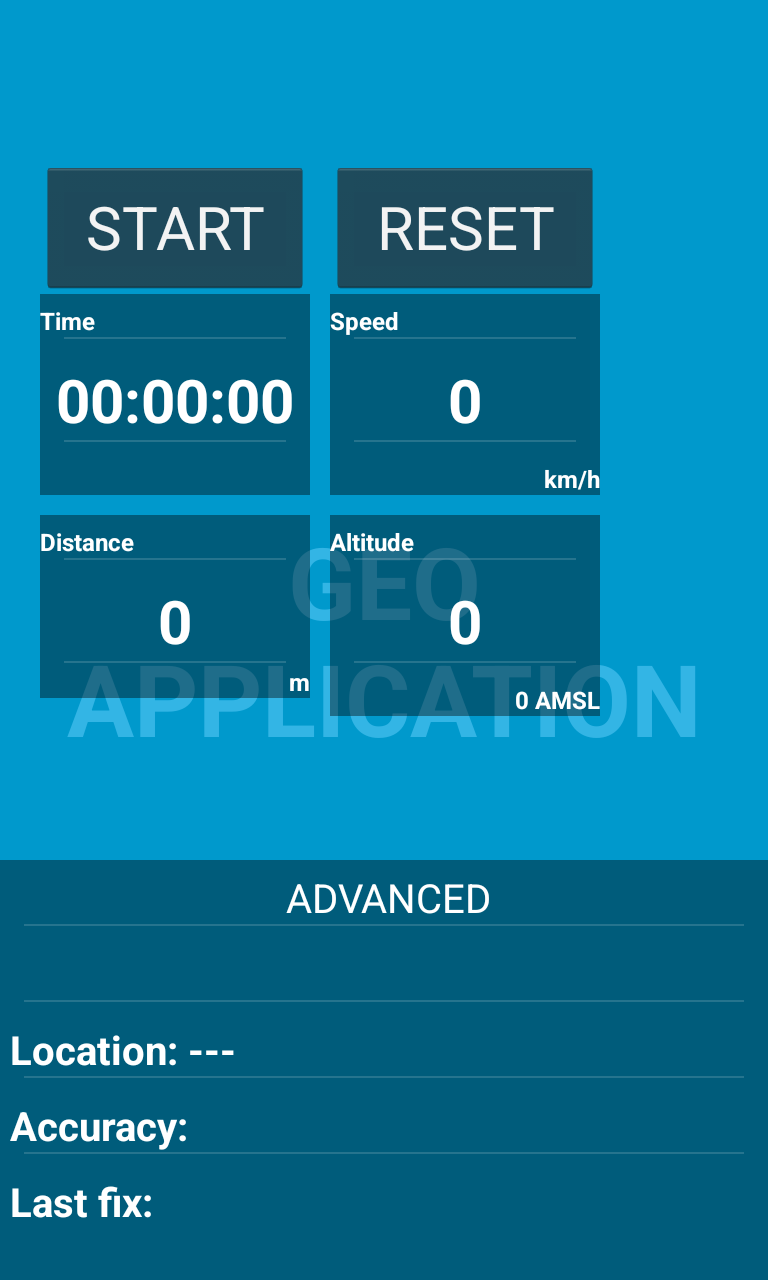
Repository: sebastianR1001/GeoApplication
Layout: GeoApplication/res/layout/activity_fullscreen.xml
The author's editor kept a copy of each file at every save. The layout is drawn from the files as they stood at one save, then again after the next save.
It is drawn on a 768 x 1280 px phone screen (xhdpi) without system bars, with theme FullscreenTheme; the app's code is not run.

Above is the layout before, as saved 2014-10-24 18:44:46.

### GeoApplication/res/layout/activity_fullscreen.xml
<FrameLayout xmlns:android="http://schemas.android.com/apk/res/android"
    xmlns:tools="http://schemas.android.com/tools"
    android:layout_width="match_parent"
    android:layout_height="match_parent"
    android:background="#0099cc"
    tools:context="geo.geoapplication.FullscreenActivity" >

    <!--
         The primary full-screen view. This can be replaced with whatever view
         is needed to present your content, e.g. VideoView, SurfaceView,
         TextureView, etc.
    -->

    <TextView
        android:id="@+id/fullscreen_content"
        android:layout_width="match_parent"
        android:layout_height="match_parent"
        android:gravity="center"
        android:keepScreenOn="true"
        android:text="@string/geo_application"
        android:textColor="#33b5e5"
        android:textSize="50sp"
        android:textStyle="bold" />

     <TableLayout
        android:layout_width="wrap_content"
        android:layout_height="wrap_content"
        android:layout_marginTop="80dp"
        android:layout_marginLeft="10dp"
        android:layout_marginRight="10dp"  >

         <TableRow
            android:id="@+id/tableRow0"
            android:layout_width="wrap_content"
            android:layout_height="wrap_content"
            >

            <Button
		        android:id="@+id/startButton"
		        android:layout_width="135dp"
		        android:layout_height="67dp"
		        android:layout_marginLeft="10dp"
		        android:textSize="30sp"
		        android:text="@string/startButton" />

		     <Button
		        android:id="@+id/resetButton"
		        android:layout_width="135dp"
		        android:layout_height="67dp"
		        android:layout_marginRight="10dp"
		        android:layout_marginLeft="10dp"
		        android:textSize="30sp"
		        android:text="@string/resetButton" />

        </TableRow>

        <TableRow
            android:id="@+id/tableRow1"
            android:layout_width="wrap_content"
            android:layout_height="wrap_content"
            >

            <LinearLayout
		        android:id="@+id/timeLayout"
		        style="?metaButtonBarStyle"
		        android:layout_width="wrap_content"
		        android:layout_height="wrap_content"
		        android:layout_weight="5"
		        android:layout_marginLeft="10dp"
		        android:background="@color/black_overlay"
		        android:orientation="vertical"
		        tools:ignore="UselessParent" >

			    <TextView
			        android:layout_width="match_parent"
			        android:layout_height="match_parent"
			        android:layout_marginTop="5dp"
			        android:text="@string/timeText"
			        android:id="@+id/timeText"
			        android:textColor="#ffffff"
			        android:textSize="12sp"
			        android:textStyle="bold" />

			    <TextView
			        android:layout_width="match_parent"
			        android:layout_height="match_parent"
			        android:text="@string/time"
			        android:id="@+id/time"
			        android:layout_marginTop="10dp"
			        android:gravity="center"
			        android:textColor="#ffffff"
			        android:textSize="30sp"
			        android:textStyle="bold" />

			    <TextView
			        android:layout_width="match_parent"
			        android:layout_height="match_parent"
			        android:layout_marginTop="10dp"
			        android:textColor="#ffffff"
			        android:textSize="12sp"
			        android:textStyle="bold" />

	        </LinearLayout>

			<LinearLayout
		        android:id="@+id/speedLayout"
		        style="?metaButtonBarStyle"
		        android:layout_width="wrap_content"
		        android:layout_height="wrap_content"
		        android:layout_weight="5"
		        android:layout_marginRight="10dp"
		        android:layout_marginLeft="10dp"
		        android:background="@color/black_overlay"
		        android:orientation="vertical"
		        tools:ignore="UselessParent" >

			    <TextView
			        android:layout_width="match_parent"
			        android:layout_height="match_parent"
			        android:layout_marginTop="5dp"
			        android:text="@string/speedText"
			        android:id="@+id/speedText"
			        android:textColor="#ffffff"
			        android:textSize="12sp"
			        android:textStyle="bold" />

			    <TextView
			        android:layout_width="match_parent"
			        android:layout_height="match_parent"
			        android:text="@string/speed"
			        android:id="@+id/speed"
			        android:layout_marginTop="10dp"
			        android:gravity="center"
			        android:textColor="#ffffff"
			        android:textSize="30sp"
			        android:textStyle="bold" />

			    <TextView
			        android:layout_width="match_parent"
			        android:layout_height="match_parent"
			        android:layout_marginTop="10dp"
			        android:text="@string/speedUnit"
			        android:id="@+id/speedUnit"
			        android:textColor="#ffffff"
			        android:textSize="12sp"
			        android:gravity="right"
			        android:textStyle="bold" />

	        </LinearLayout>

        </TableRow>

        <TableRow
            android:id="@+id/tableRow4"
            android:layout_width="wrap_content"
            android:layout_height="wrap_content"
            android:layout_marginTop="10dp"
            >

            <LinearLayout
		        android:id="@+id/distanceLayout"
		        style="?metaButtonBarStyle"
		        android:layout_width="wrap_content"
		        android:layout_height="wrap_content"
		        android:layout_weight="5"
		        android:layout_marginLeft="10dp"
		        android:background="@color/black_overlay"
		        android:orientation="vertical"
		        tools:ignore="UselessParent" >

			    <TextView
			        android:layout_width="match_parent"
			        android:layout_height="match_parent"
			        android:layout_marginTop="5dp"
			        android:text="@string/distanceText"
			        android:id="@+id/distanceText"
			        android:textColor="#ffffff"
			        android:textSize="12sp"
			        android:textStyle="bold" />

			    <TextView
			        android:layout_width="match_parent"
			        android:layout_height="match_parent"
			        android:text="@string/distance"
			        android:id="@+id/distance"
			        android:layout_marginTop="10dp"
			        android:gravity="center"
			        android:textColor="#ffffff"
			        android:textSize="30sp"
			        android:textStyle="bold" />

			    <TextView
			        android:layout_width="match_parent"
			        android:layout_height="match_parent"
			        android:layout_marginTop="1dp"
			        android:text="@string/distanceUnit"
			        android:id="@+id/distanceUnit"
			        android:textColor="#ffffff"
			        android:gravity="right"
			        android:textSize="12sp"
			        android:textStyle="bold" />

	        </LinearLayout>

			<LinearLayout
		        android:id="@+id/elevationLayout"
		        style="?metaButtonBarStyle"
		        android:layout_width="wrap_content"
		        android:layout_height="wrap_content"
		        android:layout_weight="5"
		        android:layout_marginRight="10dp"
		        android:layout_marginLeft="10dp"
		        android:background="@color/black_overlay"
		        android:orientation="vertical"
		        tools:ignore="UselessParent" >

			    <TextView
			        android:layout_width="match_parent"
			        android:layout_height="match_parent"
			        android:layout_marginTop="5dp"
			        android:text="@string/altitudeText"
			        android:id="@+id/altitudeText"
			        android:textColor="#ffffff"
			        android:textSize="12sp"
			        android:textStyle="bold" />

			    <TextView
			        android:layout_width="match_parent"
			        android:layout_height="match_parent"
			        android:text="@string/altitude"
			        android:id="@+id/altitude"
			        android:layout_marginTop="10dp"
			        android:gravity="center"
			        android:textColor="#ffffff"
			        android:textSize="30sp"
			        android:textStyle="bold" />

			    <TextView
			        android:layout_width="match_parent"
			        android:layout_height="match_parent"
			        android:layout_marginTop="10dp"
			        android:text="@string/altitudeUnit"
			        android:id="@+id/altitudeUnit"
			        android:textColor="#ffffff"
			        android:gravity="right"
			        android:textSize="12sp"
			        android:textStyle="bold" />

	        </LinearLayout>

        </TableRow>

    </TableLayout>

	   <LinearLayout
	        android:id="@+id/advanced"
	        style="?metaButtonBarStyle"
	        android:layout_width="match_parent"
	        android:layout_height="210dp"
	        android:layout_gravity="bottom|center_horizontal"
	        android:background="@color/black_overlay"
	        android:orientation="vertical"
	        tools:ignore="UselessParent" >

	       <TextView
		        android:id="@+id/advancedInformation"
		        android:layout_width="wrap_content"
                android:layout_height="wrap_content"
                android:text="@string/advancedText"
		        android:paddingTop="5dp"
		        android:paddingLeft="5dp"
		        android:layout_gravity="top|center_horizontal"
		        android:textColor="#ffffff"
		        android:textSize="20sp" />

	       <TextView
		        android:id="@+id/gpsInformation"
		        android:layout_width="wrap_content"
                android:layout_height="wrap_content"
		        android:paddingTop="10dp"
		        android:paddingLeft="5dp"
		        android:textColor="#ffffff"
		        android:textSize="20sp" />

		    <TextView
		        android:id="@+id/viewLocation"
		        android:layout_width="wrap_content"
		        android:layout_height="wrap_content"
		        android:paddingTop="10dp"
		        android:paddingLeft="5dp"
		        android:keepScreenOn="true"
		        android:text="@string/location"
		        android:textColor="#ffffff"
		        android:textSize="20sp"
		        android:textStyle="bold" />

	        <TextView
		        android:layout_width="wrap_content"
                android:layout_height="wrap_content"
		        android:paddingTop="10dp"
		        android:paddingLeft="5dp"
		        android:text="@string/accuracy"
		        android:id="@+id/accuracy"
		        android:textColor="#ffffff"
		        android:textSize="20sp"
		        android:textStyle="bold" />

	        <TextView
		        android:layout_width="wrap_content"
                android:layout_height="wrap_content"
		        android:paddingTop="10dp"
		        android:paddingLeft="5dp"
		        android:text="@string/last_fix"
		        android:id="@+id/lastFix"
		        android:textColor="#ffffff"
		        android:textSize="20sp"
		        android:textStyle="bold" />

        </LinearLayout>


    <FrameLayout
        android:layout_width="match_parent"
        android:layout_height="match_parent"
        android:fitsSystemWindows="true" >

        <LinearLayout
            android:id="@+id/fullscreen_content_controls"
            style="?metaButtonBarStyle"
            android:layout_width="match_parent"
            android:layout_height="wrap_content"
            android:layout_gravity="bottom|center_horizontal"
            android:background="@color/black_overlay"
            android:orientation="horizontal"
            tools:ignore="UselessParent" >
        </LinearLayout>

        <requestFocus />


    </FrameLayout>
    <!--
         This FrameLayout insets its children based on system windows using
         android:fitsSystemWindows.
    -->

</FrameLayout>

### GeoApplication/res/values/strings.xml
<?xml version="1.0" encoding="utf-8"?>
<resources>

    <string name="app_name">GeoApplication</string>
    <string name="dummy_button">Dummy Button</string>
    <string name="dummy_content">DUMMY\nCONTENT</string>
    <string name="geo_application">GEO\nAPPLICATION</string>
    <string name="location">Location: ---</string>
    <string name="speedText">Speed</string>
    <string name="speed">0</string>
    <string name="speedUnit">km/h</string>
    <string name="time">00:00:00</string>
    <string name="timeText">Time</string>
    <string name="accuracy">Accuracy:</string>
    <string name="distance">0</string>
    <string name="distanceUnit">m</string>
    <string name="distanceText">Distance</string>
    <string name="altitude">0</string>
    <string name="altitudeUnit">0 AMSL</string>
    <string name="altitudeText">Altitude</string>
    <string name="last_fix">Last fix:</string>

    <string name="startButton">START</string>
    <string name="stopButton">STOP</string>
    <string name="resetButton">RESET</string>
    <string name="advancedText">ADVANCED</string>

</resources>

Loaded but not shown: GeoApplication/res/values-v11/styles.xml (common file); GeoApplication/res/values/styles.xml (common file); GeoApplication/res/values/colors.xml (common file)

After the next save:
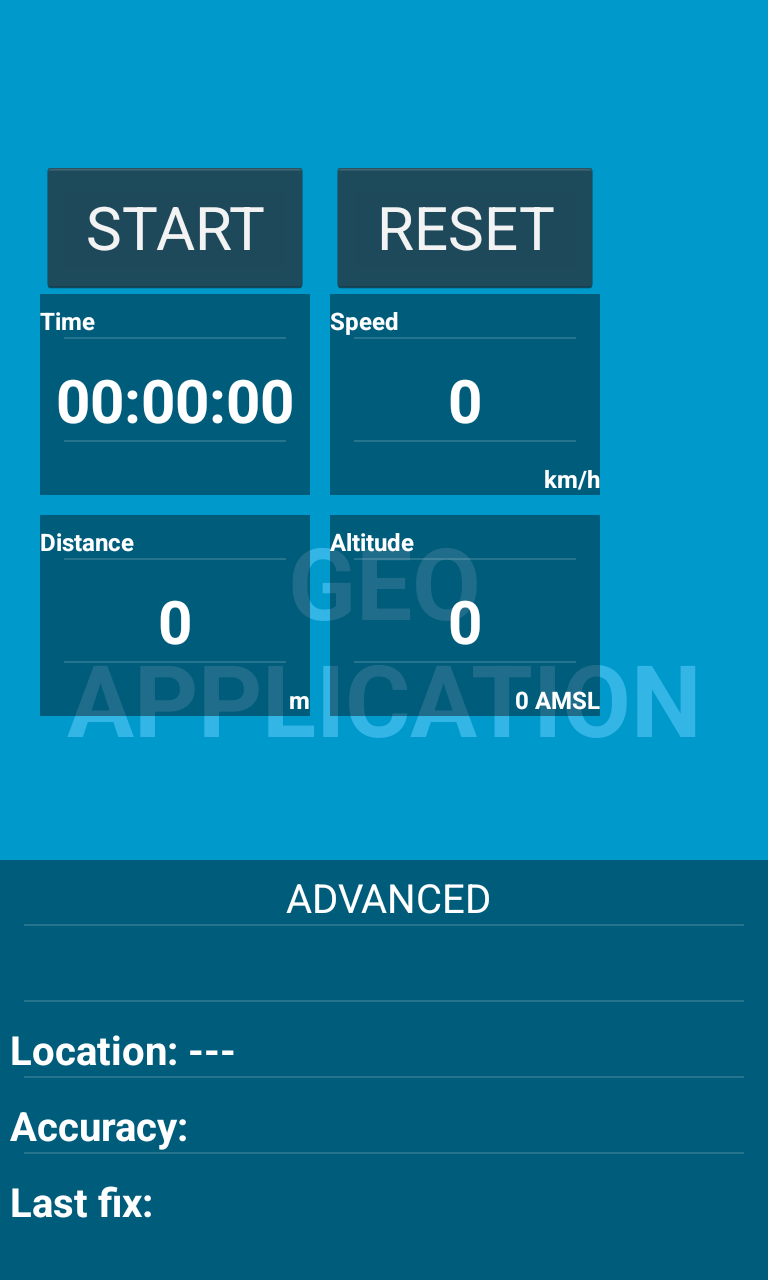
Saved 20 s later.
--- a/GeoApplication/res/layout/activity_fullscreen.xml
+++ b/GeoApplication/res/layout/activity_fullscreen.xml
@@ -192,7 +192,7 @@
 			    <TextView
 			        android:layout_width="match_parent"
 			        android:layout_height="match_parent"
-			        android:layout_marginTop="1dp"
+			        android:layout_marginTop="10dp"
 			        android:text="@string/distanceUnit"
 			        android:id="@+id/distanceUnit"
 			        android:textColor="#ffffff"
